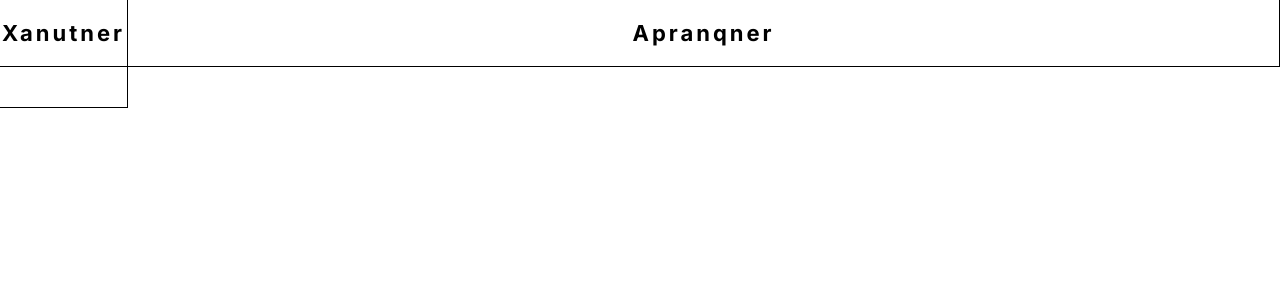
Repository: AbApin/amasia
Page: /
These files come from the project's save history. The page is drawn as it stood at one moment and after a run of saves; the edit follows.
The browser window is 1280 px wide. The pictures show the whole page.
The project was rebuilt for these pictures with package versions that can differ from the ones it lists, and the page was loaded fresh each time. Also part of the build but not shown: vue.config.js.

Above is the page before, as saved 2023-01-28 15:02:36.

### public/index.html
<!DOCTYPE html>
<html lang="">
  <head>
    <meta charset="utf-8" />
    <meta http-equiv="X-UA-Compatible" content="IE=edge" />
    <meta name="viewport" content="width=device-width,initial-scale=1.0" />
    <link rel="icon" href="<%= BASE_URL %>favicon.ico" />
    <title><%= htmlWebpackPlugin.options.title %></title>
    <link
      href="https://fonts.googleapis.com/css?family=Inter:100,200,300,regular,500,600,700,800,900"
      rel="stylesheet"
    />
  </head>
  <body>
    <noscript>
      <strong
        >We're sorry but <%= htmlWebpackPlugin.options.title %> doesn't work properly without
        JavaScript enabled. Please enable it to continue.</strong
      >
    </noscript>
    <div id="app"></div>
    <!-- built files will be auto injected -->
  </body>
</html>

### src/App.vue
<template>
  <div id="app">
    <div class="header">
      <h2 class="xanutnerTitle">Xanutner</h2>
      <h2 class="apranqnerTitle">Apranqner</h2>
      <!-- <div class="endhanurQanak">
        <ul class="endhanurQanakiList">
          <li v-for="qanakItem in xanutner" :key="" class="endhanurQanakiListItem"></li>
        </ul>
      </div> -->
    </div>
    <div class="content">
      <ul class="contentList">
        <li v-for="xanutiAnun in " :key="xanutiAnun" class="contentItem">
          <p class="xanutiAnun">{{ xanutiAnun }}</p>
          <ul class="apranqneriList">
            <li
              v-for="(apranq, apranqiHamar) in this.XANUTNER[xanutiAnun]"
              :key="apranq.anun + apranqiHamar"
              class="apranqneriListItem"
            >
              <div class="apranqiText">
                <p class="apranqiAnun">{{ apranq.anun }}</p>
                <p class="apranqiQanak">{{ apranq.qanak }}</p>
              </div>
              <div class="apranqiAvelPakas">
                <button
                  class="plus apranqiBtn"
                  @click="this.AVELACNEL({ xanutiAnun, apranqiHamar })"
                >
                  +
                </button>
                <button
                  class="minus apranqiBtn"
                  @click="this.PAKASACNEL({ xanutiAnun, apranqiHamar })"
                >
                  -
                </button>
              </div>
            </li>
          </ul>
        </li>
      </ul>
    </div>
  </div>
</template>

<script>
import { mapGetters, mapMutations } from 'vuex';
export default {
  name: 'App',
  components: {},
  data() {
    return {};
  },
  mounted() {},
  methods: {
    ...mapMutations(['AVELACNEL', 'PAKASACNEL']),
  },
  computed: {
    ...mapGetters(['XANUTNER']),
    xanutneriAnuner() {
      return Object.keys(this.XANUTNER);
    },
  },
};
</script>

<style>
*,
*::after,
*::before {
  margin: 0;
  padding: 0;
  box-sizing: border-box;
}
ul {
  list-style: none;
}
#app {
  display: flex;
  flex-direction: column;
  min-height: 100vh;
}
.header {
  display: flex;
  justify-content: space-between;
  width: 100%;
}
.xanutnerTitle {
  width: 10%;
  display: flex;
  align-items: center;
  justify-content: center;
  font-family: 'Inter';
  font-size: 22px;
  font-weight: 700;
  letter-spacing: 3px;
  padding: 20px 30px;
  border: 1px solid #000;
  border-top: 0;
  border-left: 0;
}
.apranqnerTitle {
  width: 90%;
  display: flex;
  align-items: center;
  justify-content: center;
  font-family: 'Inter';
  font-size: 22px;
  font-weight: 700;
  letter-spacing: 3px;
  padding: 20px 30px;
  border: 1px solid #000;
  border-top: 0;
  border-left: 0;
}
.contentList {
  display: flex;
  flex-direction: column;
}
.contentItem {
  display: flex;
  justify-content: space-between;
}
.xanutiAnun {
  display: flex;
  align-items: center;
  justify-content: center;
  width: 10%;
  font-family: 'Inter';
  font-size: 20px;
  font-weight: 700;
  letter-spacing: 3px;
  word-wrap: break-word;
  padding: 20px 30px;
  border: 1px solid #000;
  border-top: 0;
  border-left: 0;
}
.apranqneriList {
  width: 90%;
  display: flex;
  justify-content: space-between;
}
.apranqneriListItem {
  display: flex;
  flex-direction: column;
  flex: 1 1 0;
  border: 1px solid #000;
  border-top: 0;
  border-left: 0;
}
.apranqiText {
  display: flex;
  justify-content: space-between;
  align-items: center;
  height: 50%;
}
.apranqiAnun {
  font-family: 'Inter';
  font-size: 15px;
  font-weight: 500;
  word-wrap: break-word;
  text-align: center;
  width: 60%;
  border-right: 1px solid #000;
}
.apranqiQanak {
  display: flex;
  justify-content: center;
  align-items: center;
  width: 40%;
}
.apranqiAvelPakas {
  display: flex;
  justify-content: space-between;
  width: 100%;
  height: 50%;
}
.apranqiBtn {
  display: inline-flex;
  justify-content: center;
  align-items: center;
  font-family: 'Inter';
  font-size: 30px;
  font-weight: 700;
  letter-spacing: 3px;
  border: none;
  color: #fff;
  width: 50%;
  cursor: pointer;
}
.plus {
  background: green;
}
.minus {
  background: red;
}
</style>

### src/store/index.js
import Vuex from 'vuex';
import Vue from 'vue';

Vue.use(Vuex);

const store = new Vuex.Store({
  state() {
    return {
      xanutner: {
        smail: [
          { anun: 'ԼՈՌԻ', qanak: 0 },
          { anun: 'Չանախ', qanak: 0 },
          { anun: 'ՉԵՉԻԼ', qanak: 0 },
          { anun: 'ՍՈՒԼՈՒԳՈՒՆԻ', qanak: 0 },
          { anun: 'lori', qanak: 0 },
          { anun: 'chanax', qanak: 0 },
          { anun: 'ԿԱՐԱԳ', qanak: 0 },
        ],
        sparapet: [
          { anun: 'ԼՈՌԻ', qanak: 0 },
          { anun: 'Չանախ', qanak: 0 },
          { anun: 'ՉԵՉԻԼ', qanak: 0 },
          { anun: 'ՍՈՒԼՈՒԳՈՒՆԻ', qanak: 0 },
          { anun: 'lori', qanak: 0 },
          { anun: 'chanax', qanak: 0 },
          { anun: 'ԿԱՐԱԳ', qanak: 0 },
        ],
      },
    };
  },
  mutations: {
    AVELACNEL(state, { xanutiAnun, apranqiHamar }) {
      state[xanutiAnun][apranqiHamar].qanak += 1;
    },
    PAKASACNEL(state, { xanutiAnun, apranqiHamar }) {
      let qanak = state[xanutiAnun][apranqiHamar].qanak;
      if (qanak >= 1) {
        qanak -= 1;
      }
    },
  },
  getters: {
    XANUTNER(state) {
      return state.xanutner;
    },
  },
});

export default store;

Loaded but not shown: src/main.js (common file)

After the next 2 saves:
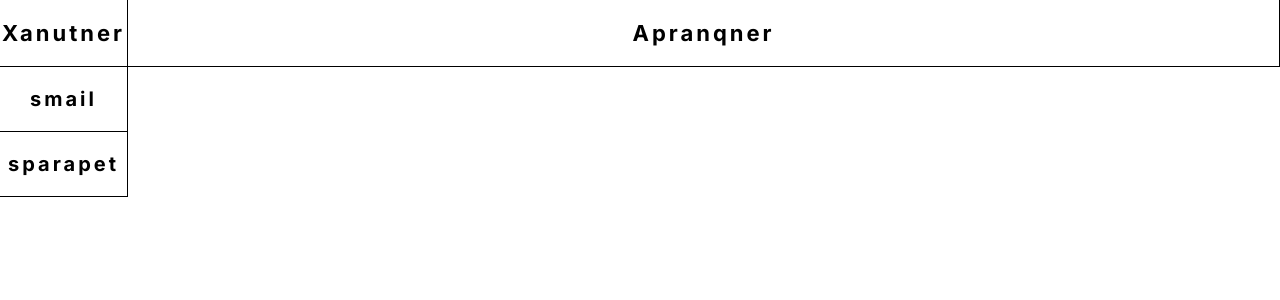
The 2 saves are shown as one change because 1 did not build or start.
The last was saved 23 s later.
--- a/src/App.vue
+++ b/src/App.vue
@@ -11,9 +11,9 @@
     </div>
     <div class="content">
       <ul class="contentList">
-        <li v-for="xanutiAnun in " :key="xanutiAnun" class="contentItem">
+        <li v-for="xanutiAnun in xanutneriAnuner" :key="xanutiAnun" class="contentItem">
           <p class="xanutiAnun">{{ xanutiAnun }}</p>
-          <ul class="apranqneriList">
+          <!-- <ul class="apranqneriList">
             <li
               v-for="(apranq, apranqiHamar) in this.XANUTNER[xanutiAnun]"
               :key="apranq.anun + apranqiHamar"
@@ -38,7 +38,7 @@
                 </button>
               </div>
             </li>
-          </ul>
+          </ul> -->
         </li>
       </ul>
     </div>
